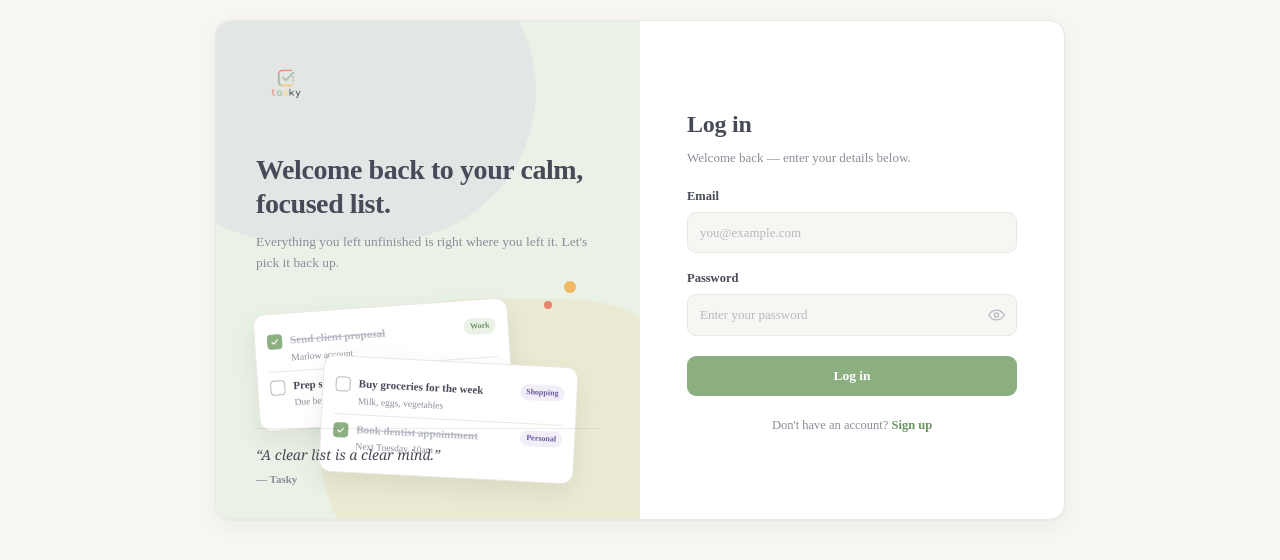
Repository: Anfel-bth/Tasky_
Page: /login (app in task-manager-frontend/)
These files come from the project's save history. The page is drawn as it stood at one moment and after the next save; the edit follows.
The browser window is 1280 px wide. The pictures show the whole page.
The project was rebuilt for these pictures with package versions that can differ from the ones it lists, and the page was loaded fresh each time. Also part of the build but not shown: task-manager-frontend/vite.config.js, task-manager-frontend/src/Components/Landing.jsx, task-manager-frontend/src/Components/dashboard.jsx, task-manager-frontend/src/Components/register.jsx.

Above is the page before, as saved 2026-09-02 12:08:33.

### task-manager-frontend/index.html
<!doctype html>
<html lang="en">
  <head>
    <meta charset="UTF-8" />
    <link rel="icon" type="image/svg+xml" href="/favicon.svg" />
    <meta name="viewport" content="width=device-width, initial-scale=1.0" />
    <title>task-manager-frontend</title>
  </head>
  <body>
    <div id="root"></div>
    <script type="module" src="/src/main.jsx"></script>
  </body>
</html>

### task-manager-frontend/src/index.css
@import "tailwindcss";

@import url("https://fonts.googleapis.com/css2?family=Manrope:wght@400;500;600;700;800&display=swap");

body {
  margin: 0;
  font-family: "Manrope", sans-serif;
}

### task-manager-frontend/src/App.jsx
import { createBrowserRouter, RouterProvider } from "react-router-dom";
import Login from "./Components/login.jsx";
import LandingPage from "./Components/Landing.jsx";
import Dashboard from "./Components/dashboard.jsx";
import Register from "./Components/register.jsx";
const router = createBrowserRouter([
  {
    path: "/",
    children: [
      {
        index: true,
        element: <LandingPage />,
      },
      {
        path: "login",
        element: <Login />,
      },
      {
        path: "dashboard",
        element: <Dashboard />,
      },
      {
        path: "register",
        element: <Register />,
      },
    ],
  },
]);
export default function App() {
  return <RouterProvider router={router} />;
}

### task-manager-frontend/src/Components/login.jsx
import React, { useState } from "react";
import logo from "../assets/logo.png";

const Login = () => {
  const [email, setEmail] = useState("");
  const [password, setPassword] = useState("");
  const [showPassword, setShowPassword] = useState(false);
  const [error, setError] = useState(false);

  const handleLogin = async () => {
    try {
      setError(false);

      const response = await fetch("http://localhost:5000/api/auth/login", {
        method: "POST",
        headers: {
          "Content-Type": "application/json",
        },
        body: JSON.stringify({ email, password }),
      });

      const data = await response.json();
      console.log("Login response:", data);
      console.log("Response status:", response.status);

      if (response.ok) {
        // Login successful
        console.log("Login successful:", data);
        // Store user data and redirect
        localStorage.setItem("user", JSON.stringify(data.user));
        // Redirect to dashboard or home
        window.location.href = "/dashboard";
      } else {
        // Login failed
        console.log(
          "Login failed. Status:",
          response.status,
          "Message:",
          data.message,
        );
        setError(true);
      }
    } catch (err) {
      console.error("Login error:", err);
      console.error("Error message:", err.message);
      setError(true);
    }
  };

  return (
    <div className="min-h-screen bg-[#F7F6F2] px-4 py-5 font-[Manrope] text-[#474A57] antialiased">
      {/* =========================
          MAIN FRAME
      ========================= */}
      <div className="mx-auto grid min-h-[500px] w-full max-w-[850px] overflow-hidden rounded-[16px] border border-[#EAE8E2] bg-white shadow-[0_1px_2px_rgba(40,38,30,0.04),0_6px_20px_rgba(40,38,30,0.05)] lg:grid-cols-2">
        {/* =========================
            LEFT BRAND PANEL
        ========================= */}
        <div className="relative hidden overflow-hidden bg-[#EAF2E7] px-10 py-8 lg:flex lg:flex-col">
          {/* Background decoration */}
          <div className="absolute -left-20 -top-20 h-[300px] w-[400px] rounded-full bg-[#B4A7D6]/15" />

          <div className="absolute -bottom-20 -right-20 h-[300px] w-[400px] rounded-full bg-[#F0B860]/15" />

          {/* Brand */}
          <div className="relative z-10 flex items-center">
            <img
              src={logo}
              alt="Tasky logo"
              className="h-[60px] w-[60px] object-contain"
            />
          </div>

          {/* Copy */}
          <div className="relative z-10 mt-10 max-w-[340px]">
            <h1 className="text-[28px] font-extrabold leading-[1.2] tracking-[-0.015em] text-[#474A57]">
              Welcome back to your calm, focused list.
            </h1>

            <p className="mt-3 text-[13.5px] leading-[1.55] text-[#8A8D99]">
              Everything you left unfinished is right where you left it. Let's
              pick it back up.
            </p>
          </div>

          {/* =========================
              TASK CARDS
          ========================= */}
          <div className="relative z-10 mt-8 flex-1">
            {/* Decorations */}
            <span className="absolute right-6 top-[-25px] h-3 w-3 rounded-full bg-[#F0B860]" />

            <span className="absolute right-12 top-[-5px] h-2 w-2 rounded-full bg-[#E8836C]" />

            <span className="absolute bottom-8 left-1 h-2.5 w-2.5 rounded-full bg-[#B4A7D6]" />

            {/* Card 1 */}
            <div className="absolute left-0 top-0 z-10 w-[255px] rotate-[-4deg] rounded-[12px] border border-[#EAE8E2] bg-white p-3 shadow-[0_10px_25px_rgba(70,70,50,0.10)]">
              <TaskRow
                completed
                title="Send client proposal"
                description="Marlow account"
                tag="Work"
                tagStyle="sage"
              />

              <TaskRow
                title="Prep slides for team sync"
                description="Due before 2pm"
                tag="Work"
                tagStyle="peach"
              />
            </div>

            {/* Card 2 */}
            <div className="absolute left-[65px] top-[55px] z-20 w-[255px] rotate-[3deg] rounded-[12px] border border-[#EAE8E2] bg-white p-3 shadow-[0_10px_25px_rgba(70,70,50,0.10)]">
              <TaskRow
                title="Buy groceries for the week"
                description="Milk, eggs, vegetables"
                tag="Shopping"
                tagStyle="lavender"
              />

              <TaskRow
                completed
                title="Book dentist appointment"
                description="Next Tuesday, 10am"
                tag="Personal"
                tagStyle="lavender"
              />
            </div>
          </div>

          {/* Quote */}
          <div className="relative z-10 mt-5 border-t border-[#474A57]/10 pt-4">
            <p className="max-w-[300px] font-serif text-[14px] italic leading-[1.4] text-[#474A57]">
              “A clear list is a clear mind.”
            </p>

            <span className="mt-1.5 block text-[11px] font-semibold text-[#8A8D99]">
              — Tasky
            </span>
          </div>
        </div>

        {/* =========================
            RIGHT FORM PANEL
        ========================= */}
        <div className="flex items-center justify-center px-6 py-6 sm:px-8">
          <div className="w-full max-w-[330px]">
            {/* Mobile Logo */}
            <div className="mb-6 flex justify-center lg:hidden">
              <img
                src={logo}
                alt="Tasky logo"
                className="h-[65px] w-[65px] object-contain"
              />
            </div>

            {/* Form Header */}
            <div>
              <h2 className="text-[24px] font-extrabold tracking-[-0.01em]">
                Log in
              </h2>

              <p className="mt-1.5 text-[13px] text-[#8A8D99]">
                Welcome back — enter your details below.
              </p>
            </div>

            {/* Email */}
            <div className="mt-5">
              <label className="mb-1.5 block text-[12.5px] font-bold">
                Email
              </label>

              <input
                type="email"
                placeholder="you@example.com"
                value={email}
                onChange={(e) => setEmail(e.target.value)}
                className="w-full rounded-[9px] border-[1.4px] border-[#EAE8E2] bg-[#F7F6F2] px-3 py-2.5 text-[13px] text-[#474A57] outline-none transition-all duration-200 placeholder:text-[#B7B9C2] focus:border-[#8CAF82] focus:bg-white focus:ring-[3px] focus:ring-[#EAF2E7]"
              />
            </div>

            {/* Password */}
            <div className="mt-4">
              <label className="mb-1.5 block text-[12.5px] font-bold">
                Password
              </label>

              <div className="relative">
                <input
                  type={showPassword ? "text" : "password"}
                  placeholder="Enter your password"
                  value={password}
                  onChange={(e) => setPassword(e.target.value)}
                  className="w-full rounded-[9px] border-[1.4px] border-[#EAE8E2] bg-[#F7F6F2] px-3 py-2.5 pr-10 text-[13px] text-[#474A57] outline-none transition-all duration-200 placeholder:text-[#B7B9C2] focus:border-[#8CAF82] focus:bg-white focus:ring-[3px] focus:ring-[#EAF2E7]"
                />

                {/* Eye */}
                <button
                  type="button"
                  onClick={() => setShowPassword(!showPassword)}
                  className="absolute right-3 top-1/2 -translate-y-1/2 text-[#B7B9C2] transition-colors hover:text-[#6B9463]"
                >
                  {showPassword ? (
                    <svg
                      viewBox="0 0 24 24"
                      fill="none"
                      stroke="currentColor"
                      strokeWidth="1.8"
                      className="h-[17px] w-[17px]"
                    >
                      <path d="M3 3l18 18" />
                      <path d="M10.6 10.6a2 2 0 0 0 2.8 2.8" />
                      <path d="M9.9 4.2A10.8 10.8 0 0 1 12 4c7 0 11 8 11 8a20 20 0 0 1-3.1 4.2" />
                      <path d="M6.6 6.6C3.5 8.7 1 12 1 12s4 7 11 7a10.8 10.8 0 0 0 3.2-.5" />
                    </svg>
                  ) : (
                    <svg
                      viewBox="0 0 24 24"
                      fill="none"
                      stroke="currentColor"
                      strokeWidth="1.8"
                      className="h-[17px] w-[17px]"
                    >
                      <path d="M1 12s4-7 11-7 11 7 11 7-4 7-11 7S1 12 1 12z" />
                      <circle cx="12" cy="12" r="3" />
                    </svg>
                  )}
                </button>
              </div>
            </div>

            {/* Login Button */}
            <button
              type="button"
              onClick={handleLogin}
              className="mt-5 w-full rounded-[9px] bg-[#8CAF82] px-3 py-2.5 text-[13.5px] font-bold text-white transition-all duration-200 hover:-translate-y-[1px] hover:bg-[#6B9463]"
            >
              Log in
            </button>

            {/* ERROR - ONLY APPEARS WHEN error === true */}
            {error && (
              <div className="mt-2 text-center text-[11.5px] font-semibold text-[#E8836C]">
                Incorrect email or password. Please try again.
              </div>
            )}

            {/* Sign Up */}
            <div className="mt-5 text-center text-[12.5px] text-[#8A8D99]">
              Don't have an account?{" "}
              <a
                href="/register"
                className="font-bold text-[#6B9463] hover:text-[#474A57]"
              >
                Sign up
              </a>
            </div>
          </div>
        </div>
      </div>
    </div>
  );
};

/* =====================================================
   TASK ROW
===================================================== */

const TaskRow = ({ completed = false, title, description, tag, tagStyle }) => {
  const tagStyles = {
    sage: "bg-[#EAF2E7] text-[#6B9463]",
    peach: "bg-[#FCF1DF] text-[#A8730F]",
    lavender: "bg-[#F1EEF8] text-[#6C5A9E]",
  };

  return (
    <div className="flex items-start gap-2 border-t border-[#EAE8E2] py-1.5 first:border-t-0">
      {/* Checkbox */}
      <div
        className={`mt-0.5 flex h-[15px] w-[15px] shrink-0 items-center justify-center rounded-[4px] border-[1.5px] ${
          completed
            ? "border-[#8CAF82] bg-[#8CAF82]"
            : "border-[#B7B9C2] bg-white"
        }`}
      >
        {completed && (
          <svg viewBox="0 0 16 16" fill="none" className="h-[9px] w-[9px]">
            <path
              d="M3 8.5L6.2 11.5L13 4.5"
              stroke="white"
              strokeWidth="2"
              strokeLinecap="round"
              strokeLinejoin="round"
            />
          </svg>
        )}
      </div>

      {/* Text */}
      <div className="min-w-0 flex-1">
        <div
          className={`text-[11px] font-bold ${
            completed ? "text-[#B7B9C2] line-through" : "text-[#474A57]"
          }`}
        >
          {title}
        </div>

        <div className="mt-0.5 text-[9.5px] text-[#8A8D99]">{description}</div>
      </div>

      {/* Tag */}
      <span
        className={`ml-auto rounded-full px-1.5 py-[2px] text-[8px] font-bold ${tagStyles[tagStyle]}`}
      >
        {tag}
      </span>
    </div>
  );
};

export default Login;

Loaded but not shown: task-manager-frontend/src/main.jsx (common file)

After the next save:
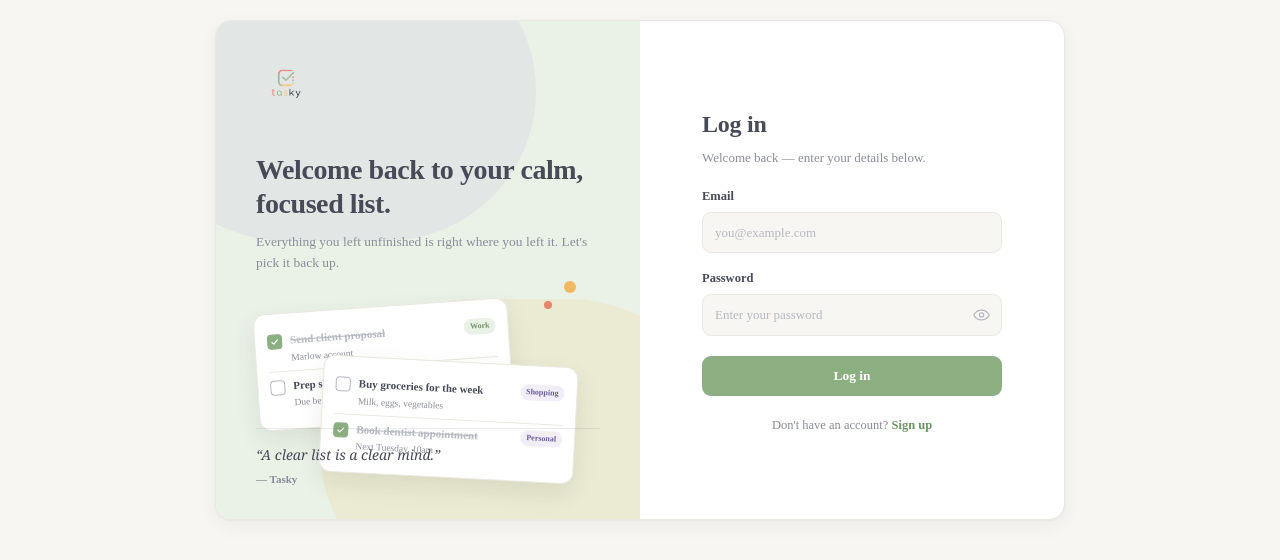
Saved 4 s later.
--- a/task-manager-frontend/src/Components/login.jsx
+++ b/task-manager-frontend/src/Components/login.jsx
@@ -147,7 +147,7 @@ const Login = () => {
             RIGHT FORM PANEL
         ========================= */}
         <div className="flex items-center justify-center px-6 py-6 sm:px-8">
-          <div className="w-full max-w-[330px]">
+            <div className="w-full max-w-[300px]">
             {/* Mobile Logo */}
             <div className="mb-6 flex justify-center lg:hidden">
               <img
